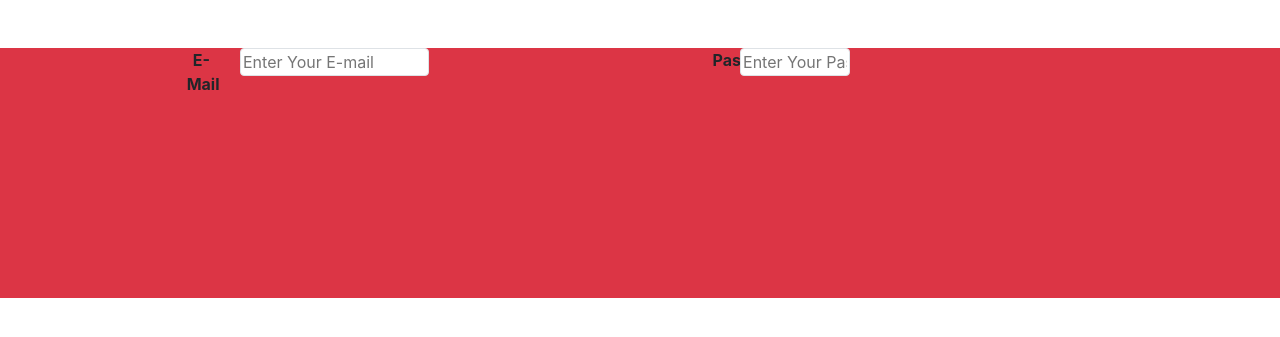
Repository: mariamkhaledsapra/E-Commerce-main
Page: /login
An editor plug-in stored every save of this project. The page is shown before and after the next save, followed by the edit.
The browser window is 1280 px wide. The pictures show the whole page.
The project was rebuilt for these pictures with package versions that can differ from the ones it lists, and the page was loaded fresh each time. Also part of the build but not shown: src/components/Navbar.jsx.

Above is the page before, as saved 2024-02-13 21:41:52.

### public/index.html
<!DOCTYPE html>
<html lang="en">
  <head>
    <meta charset="utf-8" />
    <link rel="icon" href="%PUBLIC_URL%/favicon.ico" />
    <meta name="viewport" content="width=device-width, initial-scale=1" />
    <meta name="theme-color" content="#000000" />
    <meta
      name="description"
      content="Web site created using create-react-app"
    />
    <link href="https://cdn.jsdelivr.net/npm/bootstrap@5.1.3/dist/css/bootstrap.min.css" rel="stylesheet" integrity="sha384-1BmE4kWBq78iYhFldvKuhfTAU6auU8tT94WrHftjDbrCEXSU1oBoqyl2QvZ6jIW3" crossorigin="anonymous">

    <title>React App</title>
  </head>
  <body>
    <div id="root"></div>
  </body>
</html>

### src/index.js
import React from "react";
import ReactDOM from "react-dom/client";
import "./index.css";
import App from "./App";
import reportWebVitals from "./reportWebVitals";
import { createBrowserRouter, RouterProvider } from "react-router-dom";
import Login from "./components/Login";
import Navbar from "./components/Navbar";

const Routes = createBrowserRouter([
  {
    path: "/",
    element: <App />,
    children: [
      {
        index:true,
        element: <Navbar />,
      },
      {
        path: "/login",
        element: <Login />,
      },
    ],
  },
]);

const root = ReactDOM.createRoot(document.getElementById("root"));
root.render(
  <RouterProvider router={Routes}>
    <App />
  </RouterProvider>
);

reportWebVitals();

### src/App.js
import logo from './logo.svg';
import './App.css';
import Navbar from './components/Navbar';
import { Outlet } from 'react-router-dom';

function App() {
  return (
    <div className="App">
      <Outlet/>
    </div>
  );
}

export default App;

### src/components/Login.jsx
import React from "react";

const Login = () => {
  return (
    <div className="bg-danger d-flex mt-5" style={{ height: "250px" }}>
      {" "}
      <div className="mb-3 col-6 row d-flex justify-content-center">
        <label className="fw-bolder col-1">E-Mail</label>
        <div className="col-4">
          <input
            type="email"
            placeholder="Enter Your E-mail"
            className="w-100 border rounded"
          />
        </div>
      </div>
      <div className="mb-3  d-flex justify-content-center">
        <label className="fw-bolder col-1">Password</label>
        <div className="col-4">
          <input
            type="password"
            placeholder="Enter Your Password"
            className="w-100 border rounded"
          />
        </div>
      </div>
    </div>
  );
};

export default Login;

Loaded but not shown: src/index.css (common file); src/reportWebVitals.js (common file); src/App.css (common file)

After the next save:
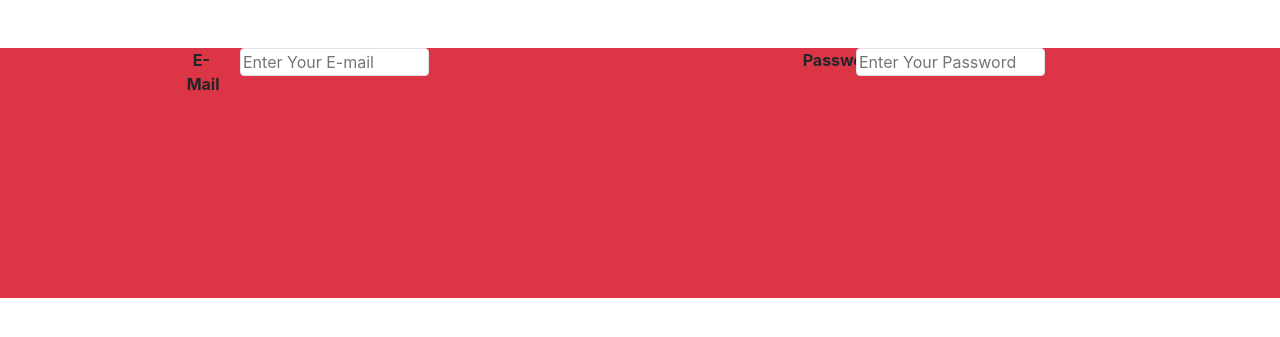
Saved 10 s later.
--- a/src/components/Login.jsx
+++ b/src/components/Login.jsx
@@ -14,7 +14,7 @@ const Login = () => {
           />
         </div>
       </div>
-      <div className="mb-3  d-flex justify-content-center">
+      <div className="mb-3 col-6 row d-flex justify-content-center">
         <label className="fw-bolder col-1">Password</label>
         <div className="col-4">
           <input
